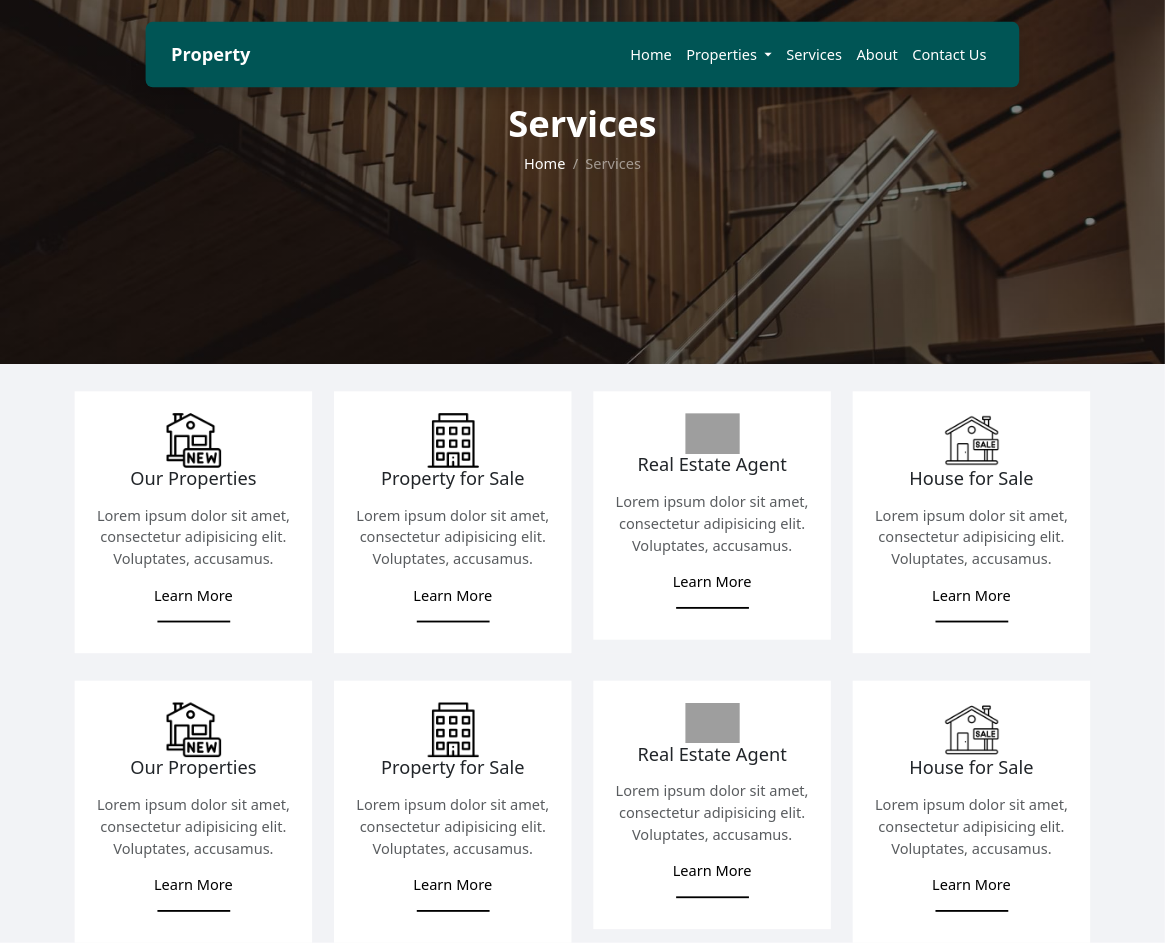
Repository: sameerrrrkhan911-git/Property
Page: service.html
These files come from the project's save history. The page is drawn as it stood at one moment and after the next save; the edit follows.
The browser window is 1280 px wide. The pictures show the whole page, at 91% of full size.
Pictures or frames that could not be fetched are drawn as grey boxes. Some web libraries are served in a nearby version.

Above is the page before, as saved 2025-09-28 16:37:58.

### service.html
<!doctype html>
<html lang="en">

<head>
    <meta charset="utf-8">
    <meta name="viewport" content="width=device-width, initial-scale=1">
    <title>Property</title>

    <!--====== LINKS ========-->
    <link href="https://cdn.jsdelivr.net/npm/bootstrap@5.3.8/dist/css/bootstrap.min.css" rel="stylesheet">
    <link
        href="https://fonts.googleapis.com/css2?family=Montserrat:wght@400;600&family=Open+Sans:wght@400;600&display=swap"
        rel="stylesheet">
    <link href="https://unpkg.com/aos@2.3.1/dist/aos.css" rel="stylesheet">
    <link href="https://cdn.jsdelivr.net/npm/remixicon@4.5.0/fonts/remixicon.css" rel="stylesheet">
    <link href="https://cdnjs.cloudflare.com/ajax/libs/tiny-slider/2.9.4/tiny-slider.css" rel="stylesheet">
    <link rel="stylesheet" href="assets/css/style2.css">
    <link rel="stylesheet" href="assets/css/style.css">

</head>

<body>

    <!--=====HEADER=====-->
    <header>
        <section  id="Right-Step">
        <div class="bg-holder overlay overlay-elixir">
        </div>

        <!-- Navbar -->
        <nav
            class="navbar navbar-expand-lg green-color p-3 mt-4 sticky-top position-absolute top-0 start-50 translate-middle-x w-75 rounded-3 shadow">
            <div class="container-fluid">
                <!-- Brand -->
                <a class="navbar-brand text-white fw-bold" href="#">Property</a>

                <!-- Toggler for Mobile -->
                <button class="navbar-toggler bg-light" type="button">
                    <span class="navbar-toggler-icon"></span>
                </button>

                <!-- Navbar Links -->
                <div class="collapse navbar-collapse" id="navbarNavDropdown">
                    <ul class="navbar-nav ms-auto">
                        <li class="nav-item">
                            <a class="nav-link text-white active" aria-current="page" href="#">Home</a>
                        </li>
                        <li class="nav-item dropdown">
                            <a class="nav-link dropdown-toggle text-white" href="#" role="button"
                                data-bs-toggle="dropdown" aria-expanded="false">
                                Properties
                            </a>
                            <ul class="dropdown-menu">
                                <li><a class="dropdown-item" href="#">Action</a></li>
                                <li><a class="dropdown-item" href="#">Another action</a></li>
                                <li><a class="dropdown-item" href="#">Something else here</a></li>
                            </ul>
                        </li>
                        <li class="nav-item"><a class="nav-link text-white" href="service.html">Services</a></li>
                        <li class="nav-item"><a class="nav-link text-white" href="about.html">About</a></li>
                        <li class="nav-item"><a class="nav-link text-white" href="contact.html">Contact Us</a></li>
                    </ul>
                </div>
            </div>
        </nav>

        <!--/.bg-holder-->
        <div class="forbg py-5">
            <div class="container">

                <div class="row justify-content-center align-items-center">
          <div class="col-lg-9 text-center mt-5">
            <h1 class="heading aos-init aos-animate white mt-3 fw-bold" data-aos="fade-up">Services</h1>

            <nav aria-label="breadcrumb" data-aos="fade-up" data-aos-delay="200" class="aos-init aos-animate">
              <ol class="breadcrumb text-center justify-content-center">
                <li class="breadcrumb-item"><a href="index.html" style="color: white;">Home</a></li>
                <li class="ms-2 me-2 text-white-50" aria-current="page">
                  /
                </li>
                <li class="breadcrumb-item active text-white-50" aria-current="page">
                  Services
                </li>
              </ol>
            </nav>
          </div>
        </div>
            </div>
        </div><!-- end of .container-->
    </section>
    </header>

    <!--=====MAIN=====-->
<main>

<!-- Features -->

    <div>
        <section class="features-1 ">
      <div class="container">
        <div class="row g-4">

          <div class="col-6 col-lg-3">
            <div class="white-bg box-feature p-4 text-center">
              <img src="./assets/images/new-house.png" alt="Bed" width="60">
              <h3 class="mb-3 fs-5">Our Properties</h3>
              <p class="text-muted">
                Lorem ipsum dolor sit amet, consectetur adipisicing elit.
                Voluptates, accusamus.
              </p>
              <p><a href="#" class="learn-more text-decoration-none black">Learn More</a></p>
              <div class="black-line"></div>
            </div>
          </div>

          <div class="col-6 col-lg-3">
            <div class="white-bg box-feature p-4 text-center">
              <img src="./assets/images/building (1).png" alt="Bed" width="60">
              <h3 class="mb-3 fs-5">Property for Sale</h3>
              <p class="text-muted">
                Lorem ipsum dolor sit amet, consectetur adipisicing elit.
                Voluptates, accusamus.
              </p>
              <p><a href="#" class="learn-more text-decoration-none black">Learn More</a></p>
              <div class="black-line"></div>
            </div>
          </div>

          <div class="col-6 col-lg-3">
            <div class="white-bg box-feature p-4 text-center">
              <img src="./assets/images/real-estate-agent.png" alt="Bed" width="60">
              <h3 class="mb-3 fs-5">Real Estate Agent</h3>
              <p class="text-muted">
                Lorem ipsum dolor sit amet, consectetur adipisicing elit.
                Voluptates, accusamus.
              </p>
              <p><a href="#" class="learn-more text-decoration-none black">Learn More</a></p>
              <div class="black-line"></div>
            </div>
          </div>

          <div class="col-6 col-lg-3">
            <div class="white-bg box-feature p-4 text-center">
              <img src="./assets/images/house-for-sale.png" alt="Bed" width="60">
              <h3 class="mb-3 fs-5">House for Sale</h3>
              <p class="text-muted">
                Lorem ipsum dolor sit amet, consectetur adipisicing elit.
                Voluptates, accusamus.
              </p>
              <p><a href="#" class="learn-more text-decoration-none black">Learn More</a></p>
              <div class="black-line"></div>
            </div>
          </div>

        </div>
      </div>
    </section>



    <section class="features-1">
      <div class="container">
        <div class="row g-4">

          <div class="col-6 col-lg-3">
            <div class="white-bg box-feature p-4 text-center">
              <img src="./assets/images/new-house.png" alt="Bed" width="60">
              <h3 class="mb-3 fs-5">Our Properties</h3>
              <p class="text-muted">
                Lorem ipsum dolor sit amet, consectetur adipisicing elit.
                Voluptates, accusamus.
              </p>
              <p><a href="#" class="learn-more text-decoration-none black">Learn More</a></p>
              <div class="black-line"></div>
            </div>
          </div>

          <div class="col-6 col-lg-3">
            <div class="white-bg box-feature p-4 text-center">
              <img src="./assets/images/building (1).png" alt="Bed" width="60">
              <h3 class="mb-3 fs-5">Property for Sale</h3>
              <p class="text-muted">
                Lorem ipsum dolor sit amet, consectetur adipisicing elit.
                Voluptates, accusamus.
              </p>
              <p><a href="#" class="learn-more text-decoration-none black">Learn More</a></p>
              <div class="black-line"></div>
            </div>
          </div>

          <div class="col-6 col-lg-3">
            <div class="white-bg box-feature p-4 text-center">
              <img src="./assets/images/real-estate-agent.png" alt="Bed" width="60">
              <h3 class="mb-3 fs-5">Real Estate Agent</h3>
              <p class="text-muted">
                Lorem ipsum dolor sit amet, consectetur adipisicing elit.
                Voluptates, accusamus.
              </p>
              <p><a href="#" class="learn-more text-decoration-none black">Learn More</a></p>
              <div class="black-line"></div>
            </div>
          </div>

          <div class="col-6 col-lg-3">
            <div class="white-bg box-feature p-4 text-center">
              <img src="./assets/images/house-for-sale.png" alt="Bed" width="60">
              <h3 class="mb-3 fs-5">House for Sale</h3>
              <p class="text-muted">
                Lorem ipsum dolor sit amet, consectetur adipisicing elit.
                Voluptates, accusamus.
              </p>
              <p><a href="#" class="learn-more text-decoration-none black">Learn More</a></p>
              <div class="black-line"></div>
            </div>
          </div>

        </div>
      </div>
    </section>
    </div>

</main>

</body>

</html>

### assets/css/style.css
/* ==============================
   Root Variables
=================================*/
:root {
  --green-color: #005555;
   --heading-color: #2a3855;
}

.green-color {
  background-color: var(--green-color);
}

.green{
  color: var(--green-color);
}

.black{
  color: black;
}

.para{
  text-align: left;
}

.heading-color{
  color: var(--heading-color);
}

.z-9 {
  z-index: 9 !important;
}

.white {
  color: white;
}

.green-line{
   height: 2px;
  width: 120px;
 background-color: var(--green-color);
 margin-bottom: 10px;
}

.black-line{
   height: 2px;
  width: 80px;
 background-color: black;
 margin: 10px auto;
}

.white-bg{
  background-color: white;
}

.fs-6{
  font-size: 5px;
}

.marginn{
  margin-bottom: 30px;
}

.a{
  text-decoration: none;
}


.dark-grey{
  background-color: #cccccc;
}

.text-color{
  color: #909ba6;
}
/* ==============================
Header
=================================*/


/* Hero background */
.hero-header {
  background-image: url("../images/hero_bg_3.jpg") !important;
  background-repeat: no-repeat;
  background-position: center center;
  background-size: cover;
  min-height: 100vh;
  position: relative;
  display: flex;
  align-items: center;
}



/* Overlay */
.hero-header::before {
  content: "";
  position: absolute;
  top: 0;
  left: 0;
  width: 100%;
  height: 100%;
  background: rgba(0, 0, 0, 0.5);
  z-index: 0;
}

/* Keep hero text above overlay */
.hero {
  position: relative;
  z-index: 1;
}

/* White text */
.white {
  color: #fff !important;
}

/* Responsive adjustments */
@media (max-width: 768px) {
  nav.navbar {
    width: 90% !important;
    margin-top: 1rem !important;
    padding: 0.75rem 1rem !important;
  }

  .hero h1 {
    font-size: 1.75rem;
    line-height: 1.3;
  }

  .hero form {
    flex-direction: column !important;
    gap: 0.75rem;
  }

  .hero input {
    width: 100% !important;
  }

  .hero button {
    width: 100% !important;
  }
}

@media (max-width: 576px) {
  .hero h1 {
    font-size: 1.5rem;
  }
}

/* Popular properties */

.property-slider {
  overflow: hidden;
}

.property-item {
  background: #fff;
  border-radius: 8px;
  overflow: hidden;
}

.property-content {
  background: #fff;
  border-radius: 8px;
}

/* Features */

.features-1 {
    padding-top: 30px;
    position: relative;
    z-index: 8;
    text-align: center;
    background-color: rgba(0, 32, 74, 0.05);
}

/* ==========================
   Testimonials Section
========================== */

.sec-testimonials .heading {
  font-size: 2rem;
  font-weight: 700;
}

/* Prev/Next buttons */
#testimonial-nav {
  display: flex;
  gap: 10px;
}

#testimonial-nav span {
  cursor: pointer;
  font-size: 14px;
  color: #002855;
  background: #e9ecef;
  padding: 6px 14px;
  border-radius: 20px;
  transition: all 0.3s ease;
}

#testimonial-nav span:hover {
  background: #002855;
  color: #fff;
}

/* Testimonials layout */
.testimonial-slider {
  display: grid;
  grid-template-columns: repeat(auto-fit, minmax(300px, 1fr));
  gap: 40px;
  margin-top: 30px;
  text-align: center;
}

.testimonial {
  padding: 20px;
}

.testimonial img {
  width: 90px;
  height: 90px;
  object-fit: cover;
  margin-bottom: 15px;
  border: 3px solid #ddd;
}

.testimonial .rate {
  margin: 10px 0;
  font-size: 16px;
  color: #f1c40f;
}

.testimonial h3 {
  margin-bottom: 10px;
  font-size: 1.1rem;
  font-weight: 600;
}

.testimonial blockquote {
  font-style: italic;
  font-size: 0.95rem;
  color: #555;
  margin: 10px 0 15px;
}

.greyy{
  background-color: #efefef;
}

.testimonial p.text-muted {
  font-size: 0.85rem;
  color: #888;
}

.img-fluid {
   max-width: 100%;
    height: auto;
}

/* Call To Action */
.footer-cta {
  background: white ;
  padding: 50px;
}

.footer-cta .btn-primary {
  border-radius: 30px;
  font-size: 1.1rem;
  transition: all 0.3s ease;
}

.footer-cta .btn-primary:hover {
  background: #003f3f;
  transform: translateY(-3px);
  box-shadow: 0 6px 15px rgba(0,0,0,0.2);
}

/* Our Agents */
.section_1{
  background-color: #f8f9fa;
}

/* Agent Card */
.person {
  background: #fff;
  border-radius: 12px;
  padding: 60px 20px 30px;
  text-align: center;
  position: relative;
  box-shadow: 0 4px 20px rgba(0,0,0,0.05);
  transition: all 0.3s ease;
}

.person:hover {
  transform: translateY(-8px);
  box-shadow: 0 12px 30px rgba(0,0,0,0.1);
}

/* Profile Image */
.person img {
  width: 100px;
  height: 100px;
  object-fit: cover;
  border-radius: 50%;
  position: absolute;
  top: -50px;
  left: 50%;
  transform: translateX(-50%);
}

/* Text styling */
.person-contents h2 {
  margin-top: 60px;
  font-size: 1.2rem;
  font-weight: 600;
}

.person-contents .meta {
  font-size: 0.9rem;
  color: #6c757d;
  margin-bottom: 15px;
}

.person-contents p {
  font-size: 0.95rem;
  color: #555;
  margin-bottom: 20px;
}

/* Social icons */
.social a {
  display: inline-flex;
  justify-content: center;
  align-items: center;
  width: 40px;
  height: 40px;
  margin: 0 5px;
  border-radius: 50%;
  background: #002855;
  color: #fff;
  transition: all 0.3s ease;
  text-decoration: none;
}

.social a:hover {
  background: #005555;
}

h2 a {
  color: #000;
  text-decoration: none;
}

.roundd{

  border-radius: 50%;
  text-decoration: none;
  padding: 5px;
}

.font-color{
 color: #163060;
}

.forbg {
    height: 400px;
    background: linear-gradient(to bottom, rgba(0, 0, 0, 0.5), rgba(0, 0, 0, 0.5)), url(../images/hero_bg_1.jpg);
    background-size: cover;
    background-position: center;
}

a{
  text-decoration: none;
}

Loaded but not shown: assets/css/style2.css (library)

After the next save:
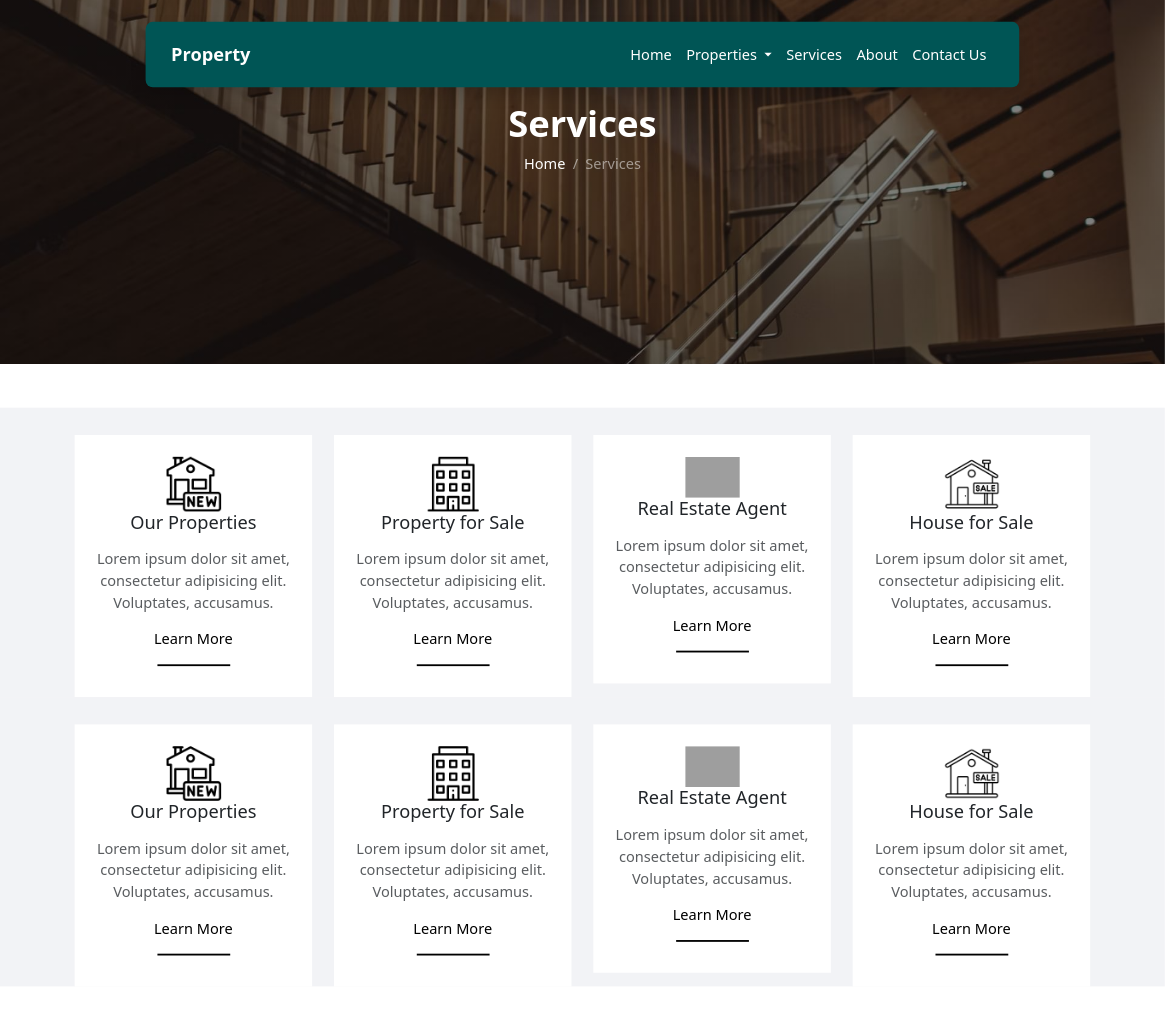
Saved 11 s later.
--- a/service.html
+++ b/service.html
@@ -95,7 +95,7 @@
 
 <!-- Features -->
 
-    <div>
+    <div class="py-5">
         <section class="features-1 ">
       <div class="container">
         <div class="row g-4">
